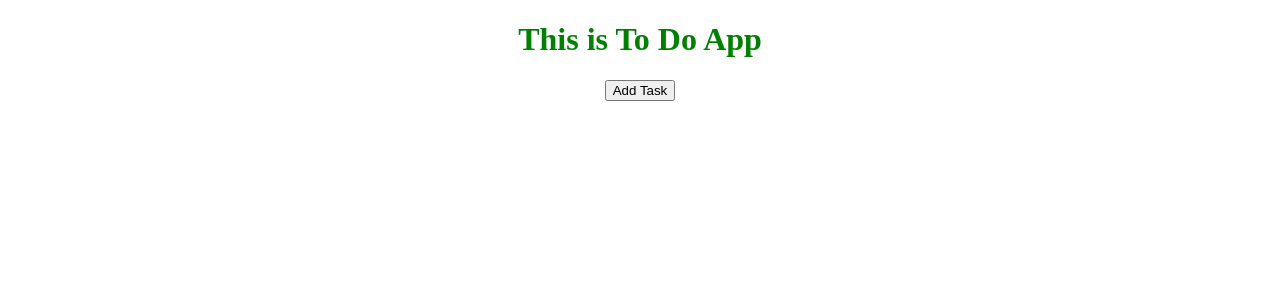
Repository: Gauravyadav678/GcounterApp
Page: / (app in gcounter/)
These files come from the project's save history. The page is drawn as it stood at one moment and after the next save; the edit follows.
The browser window is 1280 px wide. The pictures show the whole page.
The project was rebuilt for these pictures with package versions that can differ from the ones it lists, and the page was loaded fresh each time. Also part of the build but not shown: gcounter/src/index.css.

Above is the page before, as saved 2024-10-23 20:33:52.

After the next save:
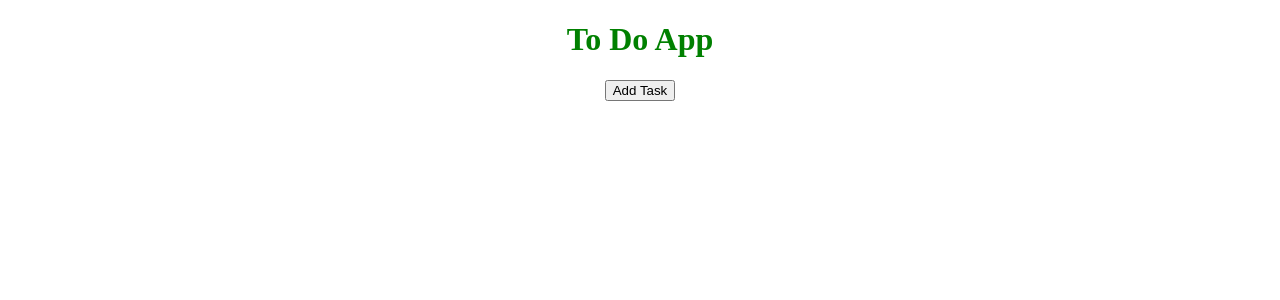
Saved 3 min 5 s later.
--- a/gcounter/src/components/todoApp.js
+++ b/gcounter/src/components/todoApp.js
@@ -20,7 +20,7 @@ function TodoApp(){
     }
     return(
         <>
-        <h1>This is To Do App</h1>
+        <h1>To Do App</h1>
         <ul>
         {tasks.map((item, index) => (
           <li key={index}>{item}</li>
